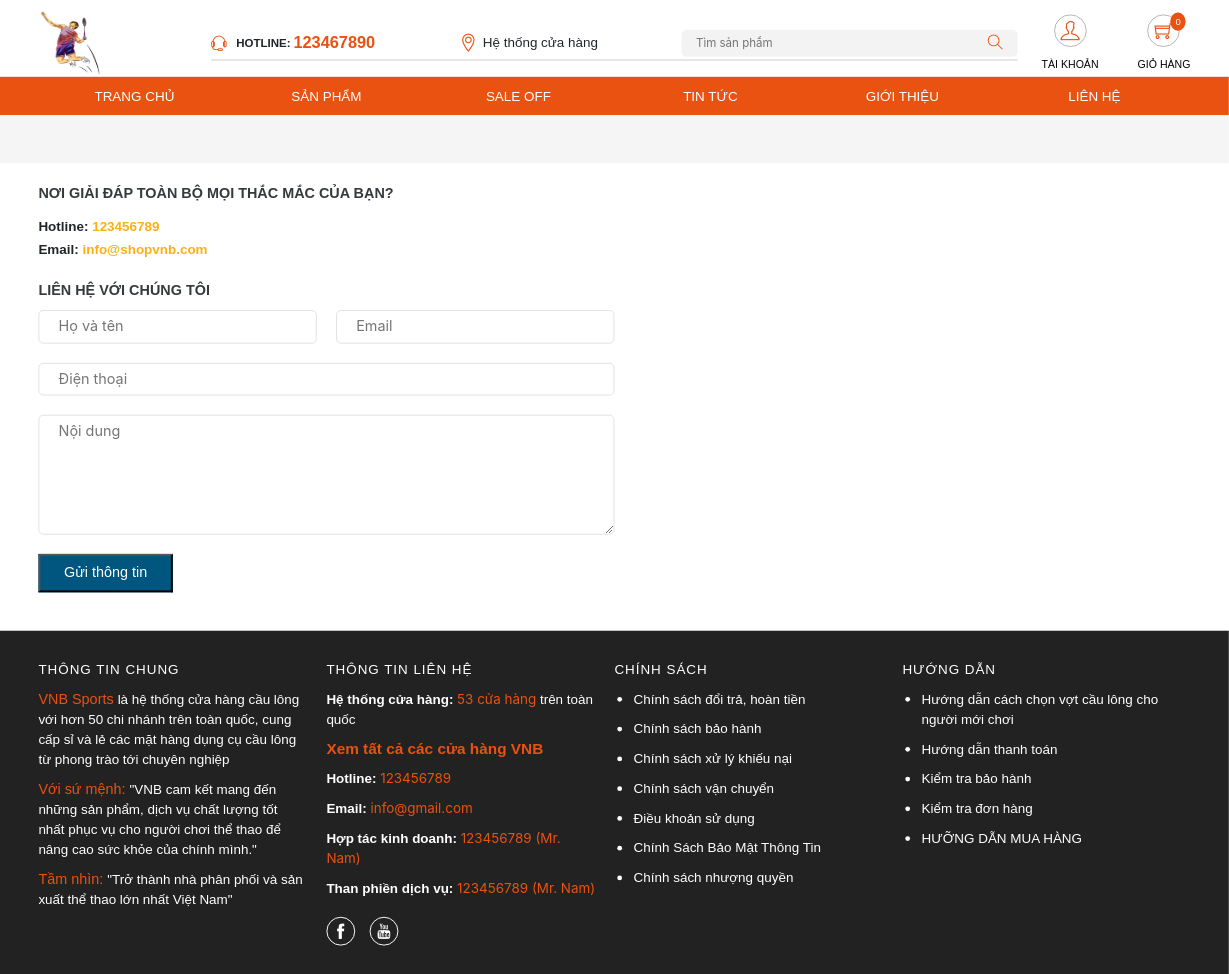
Repository: Namtran3107/CauLongSo1
Page: contact.html
An editor plug-in stored every save of this project. The page is shown before and after the next save, followed by the edit.
The browser window is 1280 px wide. The pictures show the whole page, at 96% of full size.

Above is the page before, as saved 2022-12-10 13:53:05.

### contact.html
<!DOCTYPE html>
<html lang="en">
<head>
    <meta charset="UTF-8">
    <meta http-equiv="X-UA-Compatible" content="IE=edge">
    <meta name="viewport" content="width=device-width, initial-scale=1.0">
    <link rel="stylesheet" href="./index.css">
    <link rel="stylesheet" href="./product.css">
    <link rel="stylesheet" href="./contact.css">
    <link rel="stylesheet" href="./themify-icons-font/themify-icons/themify-icons.css">
    <link rel="stylesheet" href="https://stackpath.bootstrapcdn.com/bootstrap/4.3.1/css/bootstrap.min.css" integrity="sha384-ggOyR0iXCbMQv3Xipma34MD+dH/1fQ784/j6cY/iJTQUOhcWr7x9JvoRxT2MZw1T" crossorigin="anonymous">
    <title>Cau Long So 1</title>
</head>
<body>
    <div id="body-all-website">
        <div id="body-width-all">
            <div id="header-website-top">
                <div class="header-website">
                    <div class="header-logo-and-account-all">
                        <a href="" class="header-logo-website">
                            <img src="./img/pngtree-badminton-fitness-little-boy-image_1289549.png" alt="" class="header-logo">
                        </a>
                        <div class="header-phone-location-search">
                            <div class="header-phone-location-search-list">
                                <div class="header-phone-number">
                                    <div class="header-logo-number"><div class="ti-headphone-alt"></div></div>
                                    <div class="header-content-phone-number">HOTLINE: </div>
                                    <div class="header-phone-number-item">123467890</div>
                                </div>
                                <div class="header-location-store">
                                    <div class="header-logo-location"><div class="ti-location-pin"></div></div>
                                    <div class="header-content-location">Hệ thống cửa hàng</div>
                                </div>
                                <div class="header-search-product">
                                    <input type="text" name="" id="" class="header-input-search" placeholder="Tìm sản phẩm">
                                    <a href="" class="header-logo-search"><div class="ti-search"></div></a>
                                    <div class="header-input-history-all">
                                        <div class="header-input-history-list">
                                            <div class="header-input-history-content">
                                                <div class="header-input-history-name-content">Tìm kiếm gần đây</div>
                                            </div>
                                            <div class="header-input-history-item">
                                                <a href="" class="input-history-img"><img src="./img/history.PNG" alt=""></a>
                                                <div class="input-history-name-procduc-and-price">
                                                    <a href="" class="input-history-name-procduc"><div>Giày cầu lông trẻ em Kumpoo KH-F07J xanh chính hãng</div></a>
                                                    <div class="input-history-product-price">690.000 ₫</div>
                                                </div>
                                                <a href="" class="input-history-delete"><div class="ti-close"></div></a>
                                            </div>
                                            <div class="header-input-history-item">
                                                <a href="" class="input-history-img"><img src="./img/history.PNG" alt=""></a>
                                                <div class="input-history-name-procduc-and-price">
                                                    <a href="" class="input-history-name-procduc"><div>Giày cầu lông trẻ em Kumpoo KH-F07J xanh chính hãng</div></a>
                                                    <div class="input-history-product-price">690.000 ₫</div>
                                                </div>
                                                <a href="" class="input-history-delete"><div class="ti-close"></div></a>
                                            </div>
                                            <div class="header-input-history-item">
                                                <a href="" class="input-history-img"><img src="./img/history.PNG" alt=""></a>
                                                <div class="input-history-name-procduc-and-price">
                                                    <a href="" class="input-history-name-procduc"><div>Giày cầu lông trẻ em Kumpoo KH-F07J xanh chính hãng</div></a>
                                                    <div class="input-history-product-price">690.000 ₫</div>
                                                </div>
                                                <a href="https://www.facebook.com/" class="input-history-delete"><div class="ti-close"></div></a>
                                            </div>
                                        </div>
                                    </div>
                                </div>
                            </div>
                        </div>
                        <div class="header-account-website">
                            <div class="account-header-list">
                                <div class="account-website">
                                    <div class="logo-account-website">
                                        <div class="ti-user"></div>
                                        <div class="content-account-website content-account-website-color">TÀI KHOẢN</div>
                                        <div class="account-login-and-register">
                                            <a href="" class="account-login-register-list">
                                                <div class="account-login-register-logo"><div class="ti-share"></div></div>
                                                <div class="ccount-login-register-content">Đăng nhập</div>
                                            </a>
                                            <a href="" class="account-login-register-list">
                                                <div class="account-login-register-logo"><div class="ti-share-alt"></div></div>
                                                <div class="ccount-login-register-content">Đăng ký</div>
                                            </a>
                                        </div>
                                    </div>
                                    <div class="cart-website-header">
                                        <a href="" class="cart-website">
                                            <div class="ti-shopping-cart"></div>
                                            <div class="content-cart-website content-account-website-color">GIỎ HÀNG</div>
                                        </a>
                                        <div class="cart-list">
                                            <div class="cart-list-son">
                                                <div class="cart-list-logo"><div class="ti-bag"></div></div>
                                                <span class="cart-list-text">Không có sản phẩm nào trong giỏ hàng của bạn</span>
                                            </div>
                                        </div>
                                    </div>
                                </div>
                            </div>
                        </div>
                    </div>
                    <div class="header-menu-website">
                        <ul class="menu-website-list">
                            <li><a href="./index.html" class="menu-website-item">TRANG CHỦ</a></li>
                            <li><a href="./product.css" class="menu-website-item">SẢN PHẨM</a></li>
                            <li><a href="./saleoff.html" class="menu-website-item">SALE OFF</a></li>
                            <li><a href="./news.html" class="menu-website-item">TIN TỨC</a></li>
                            <li><a href="./recomend.html" class="menu-website-item">GIỚI THIỆU</a></li>
                            <li><a href="" class="menu-website-item">LIÊN HỆ</a></li>
                        </ul>
                    </div>
                    <div class="header-menu-website-bottom-background"></div>
                </div>
            </div>
            <div id="body-contact-all">
                <div class="body-contact-list">
                    <div class="body-contact-item">
                        <div class="body-input-contact">
                            <div class="header-content-contact">NƠI GIẢI ĐÁP TOÀN BỘ MỌI THẮC MẮC CỦA BẠN?</div>
                            <div class="contact-phone-and-email">
                                <span class="contact-phone-email-text">Hotline: </span>
                                <a href="" class="contact-phone-email-link">123456789</a>
                            </div>
                            <div class="contact-phone-and-email contact-phone-and-email-margin">
                                <span class="contact-phone-email-text">Email: </span>
                                <a href="" class="contact-phone-email-link">info@shopvnb.com</a>
                            </div>
                            <div class="header-content-contact">LIÊN HỆ VỚI CHÚNG TÔI</div>
                            <div class="contact-input-all">
                                <div class="contact-input-name-and-email-all">
                                    <input type="text" class="contact-input-name-and-email" placeholder="Họ và tên">
                                    <input type="email" class="contact-input-name-and-email" placeholder="Email">
                                </div>
                                <input type="number" class="contact-input-number" placeholder="Điện thoại">
                                <textarea name="" id="" cols="100%" rows="5" placeholder="Nội dung" class="contact-input-text"></textarea>
                                <input type="button" class="contact-submit" value="Gửi thông tin">
                            </div>
                        </div>
                    </div>
                    <div class="body-contact-item"></div>
                </div>
            </div>

            <div id="footer-website-bottom">
                <div id="footer-website-all">
                    <div class="footer-website-list">
                        <div class="footer-website-item">
                            <div class="footer-website-item-header">THÔNG TIN CHUNG</div>
                            <div class="footer-website-item-text">
                                <div class="footer-item-text-son">
                                    <span class="footer-website-item-bold-first">VNB Sports </span>
                                    <span class="footer-website-item-last">là hệ thống cửa hàng cầu lông với hơn 50 chi nhánh trên toàn quốc, cung cấp sỉ và lẻ các mặt hàng dụng cụ cầu lông từ phong trào tới chuyên nghiệp</span>
                                </div>
                                <div class="footer-item-text-son">
                                    <span class="footer-website-item-bold-first">Với sứ mệnh: </span>
                                    <span class="footer-website-item-last">"VNB cam kết mang đến những sản phẩm, dịch vụ chất lượng tốt nhất phục vụ cho người chơi thể thao để nâng cao sức khỏe của chính mình."</span>
                                </div>
                                <div class="footer-item-text-son">
                                    <span class="footer-website-item-bold-first">Tầm nhìn: </span>
                                    <span class="footer-website-item-last">"Trở thành nhà phân phối và sản xuất thể thao lớn nhất Việt Nam"</span>
                                </div>
                            </div>
                        </div>
                        <div class="footer-website-item">
                            <div class="footer-website-item-header">THÔNG TIN LIÊN HỆ</div>
                            <div class="footer-website-item-text">
                                <div class="footer-website-item-contact">
                                    <span class="footer-website-item-contact-bold">Hệ thống cửa hàng: </span>
                                    <a href="" class="footer-website-item-contact-color">53 cửa hàng </a>
                                    <span class="footer-website-item-contact-text">trên toàn quốc</span>
                                </div>
                                <div class="footer-website-item-contact">
                                    <a href="" class="footer-website-item-location">Xem tất cả các cửa hàng VNB</a>
                                </div>
                                <div class="footer-website-item-contact">
                                    <span class="footer-website-item-contact-bold">Hotline: </span>
                                    <span class="footer-website-item-contact-color">123456789</span>
                                </div>
                                <div class="footer-website-item-contact">
                                    <span class="footer-website-item-contact-bold">Email: </span>
                                    <span class="footer-website-item-contact-color">info@gmail.com</span>
                                </div>
                                <div class="footer-website-item-contact">
                                    <span class="footer-website-item-contact-bold">Hợp tác kinh doanh: </span>
                                    <span class="footer-website-item-contact-color">123456789 (Mr. Nam)</span>
                                </div>
                                <div class="footer-website-item-contact">
                                    <span class="footer-website-item-contact-bold">Than phiền dịch vụ: </span>
                                    <span class="footer-website-item-contact-color">123456789 (Mr. Nam)</span>
                                </div>
                                <div class="footer-website-item-contact">
                                    <a href="" class="footer-website-item-contact-icon"><div class="ti-facebook"></div></a>
                                    <a href="" class="footer-website-item-contact-icon"><div class="ti-youtube"></div></a>
                                </div>
                            </div>
                        </div>
                        <div class="footer-website-item">
                            <div class="footer-website-item-header">CHÍNH SÁCH</div>
                            <ul class="footer-website-item-text">
                                <li class="footer-website-item-text-li">
                                    <a href="" class="footer-website-item-text-a">Chính sách đổi trả, hoàn tiền</a>
                                </li>
                                <li class="footer-website-item-text-li">
                                    <a href="" class="footer-website-item-text-a">Chính sách bảo hành</a>
                                </li>
                                <li class="footer-website-item-text-li">
                                    <a href="" class="footer-website-item-text-a">Chính sách xử lý khiếu nại</a>
                                </li>
                                <li class="footer-website-item-text-li">
                                    <a href="" class="footer-website-item-text-a">Chính sách vận chuyển</a>
                                </li>
                                <li class="footer-website-item-text-li">
                                    <a href="" class="footer-website-item-text-a">Điều khoản sử dụng</a>
                                </li>
                                <li class="footer-website-item-text-li">
                                    <a href="" class="footer-website-item-text-a">Chính Sách Bảo Mật Thông Tin</a>
                                </li>
                                <li class="footer-website-item-text-li">
                                    <a href="" class="footer-website-item-text-a">Chính sách nhượng quyền</a>
                                </li>
                            </ul>
                        </div>
                        <div class="footer-website-item">
                            <div class="footer-website-item-header">HƯỚNG DẪN</div>
                            <ul class="footer-website-item-text">
                                <li class="footer-website-item-text-li">
                                    <a href="" class="footer-website-item-text-a">Hướng dẫn cách chọn vợt cầu lông cho người mới chơi</a>
                                </li>
                                <li class="footer-website-item-text-li">
                                    <a href="" class="footer-website-item-text-a">Hướng dẫn thanh toán</a>
                                </li>
                                <li class="footer-website-item-text-li">
                                    <a href="" class="footer-website-item-text-a">Kiểm tra bảo hành</a>
                                </li>
                                <li class="footer-website-item-text-li">
                                    <a href="" class="footer-website-item-text-a">Kiểm tra đơn hàng</a>
                                </li>
                                <li class="footer-website-item-text-li">
                                    <a href="" class="footer-website-item-text-a">HƯỠNG DẪN MUA HÀNG</a>
                                </li>
                            </ul>
                        </div>
                    </div>
                </div>
            </div>
        </div>
    </div>
    <script src="https://code.jquery.com/jquery-3.3.1.slim.min.js" integrity="sha384-q8i/X+965DzO0rT7abK41JStQIAqVgRVzpbzo5smXKp4YfRvH+8abtTE1Pi6jizo" crossorigin="anonymous"></script>
    <script src="https://cdnjs.cloudflare.com/ajax/libs/popper.js/1.14.7/umd/popper.min.js" integrity="sha384-UO2eT0CpHqdSJQ6hJty5KVphtPhzWj9WO1clHTMGa3JDZwrnQq4sF86dIHNDz0W1" crossorigin="anonymous"></script>
    <script src="https://stackpath.bootstrapcdn.com/bootstrap/4.3.1/js/bootstrap.min.js" integrity="sha384-JjSmVgyd0p3pXB1rRibZUAYoIIy6OrQ6VrjIEaFf/nJGzIxFDsf4x0xIM+B07jRM" crossorigin="anonymous"></script>
</body>
</html>

### contact.css
.body-contact-list{
    width: 1200px;
    margin: 0 auto;
    margin-top: 20px;
}
.body-contact-item{
    width: 50%;
}
.contact-input-all{
    display: flex;
    flex-direction: column;
}
.header-content-contact{
    font-size: 15px;
    font-family: sans-serif;
    font-weight: 600;
    opacity: 0.9;
}
.contact-phone-email-text{
    font-size: 14px;
    font-family: sans-serif;
    font-weight: 600;
}
.contact-phone-email-link{
    font-size: 14px;
    font-family: sans-serif;
    color: #fcaf17;
    font-weight: 600;
}
.contact-phone-and-email-margin{
    margin-bottom: 20px;
}
.header-content-contact{
    margin-bottom: 10px;
}
.contact-input-name-and-email{
    width: calc(calc(100% / 2) - 10px);
    padding: 5px 20px;
    outline: none;
    font-size: 15px;
    border-radius: 5px;
    border: 1px solid #e1e1e1;
}
.contact-input-number, .contact-input-text{
    padding: 5px 20px;
    outline: none;
    font-size: 15px;
    border-radius: 5px;
    border: 1px solid #e1e1e1;
    margin-bottom: 20px;
}
.contact-input-name-and-email-all{
    display: flex;
    justify-content: space-between;
    margin-bottom: 20px;
}
.contact-submit{
    width: 140px;
    height: 40px;
    font-size: 15px;
    font-family: sans-serif;
    color: white;
    background-color: #01567f;
}

Loaded but not shown: themify-icons-font/themify-icons/themify-icons.css (common file); index.css (806 lines, source omitted); product.css (304 lines, source omitted)

After the next save:
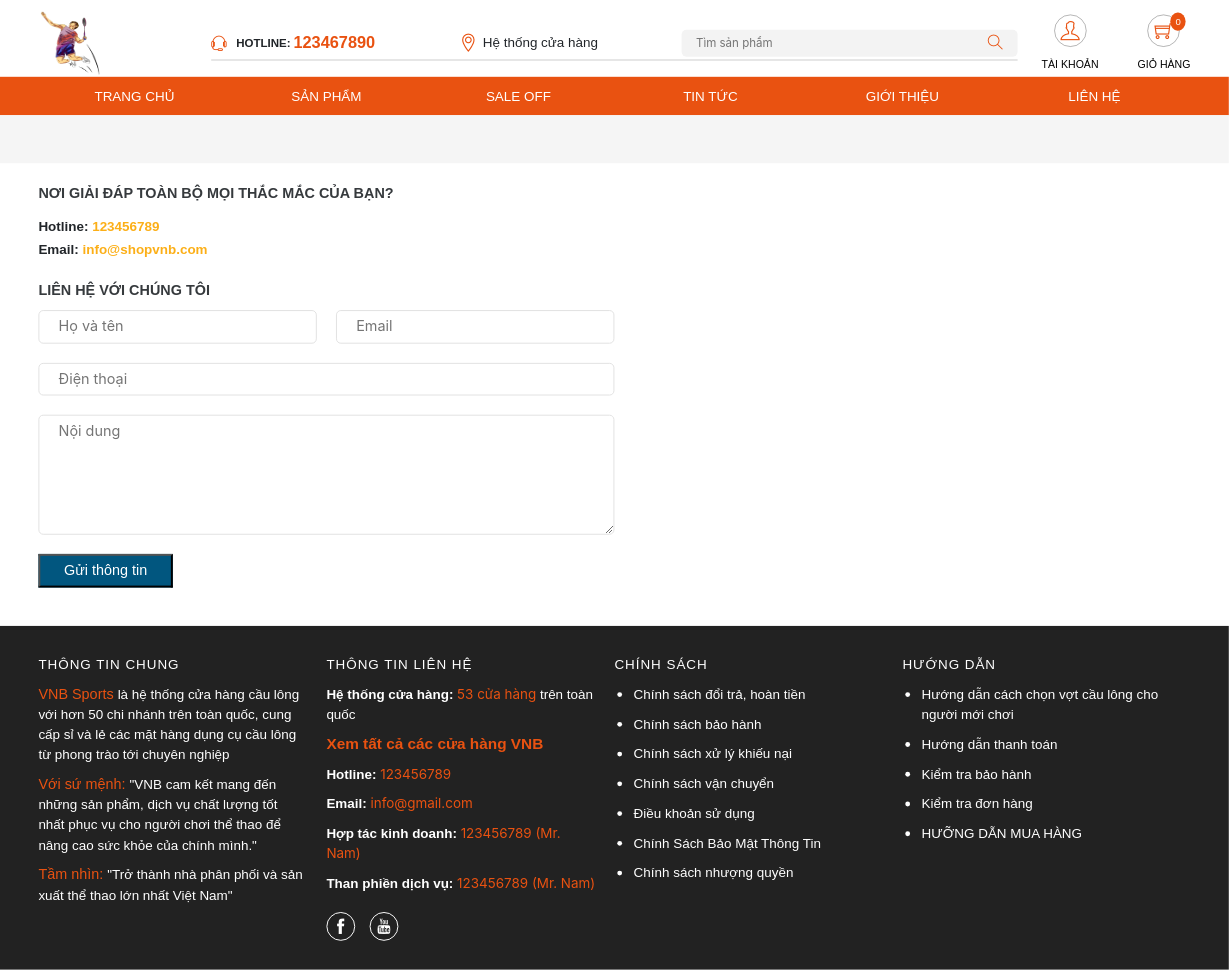
Saved 6 s later.
--- a/contact.css
+++ b/contact.css
@@ -56,7 +56,7 @@
 }
 .contact-submit{
     width: 140px;
-    height: 40px;
+    height: 35px;
     font-size: 15px;
     font-family: sans-serif;
     color: white;
